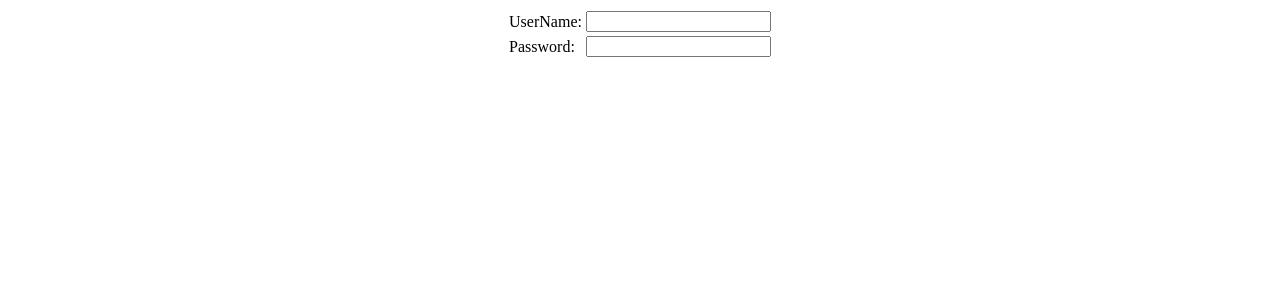
Repository: manish1905/MetaData_Details
Page: http://localhost/MetaData_Details/
These files come from the project's save history. The page is drawn as it stood at one moment and after the next save; the edit follows.
The browser window is 1280 px wide. The pictures show the whole page.
The page is served by Tomcat 9.

Above is the page before, as saved 2019-01-03 06:45:30.

After the next save:
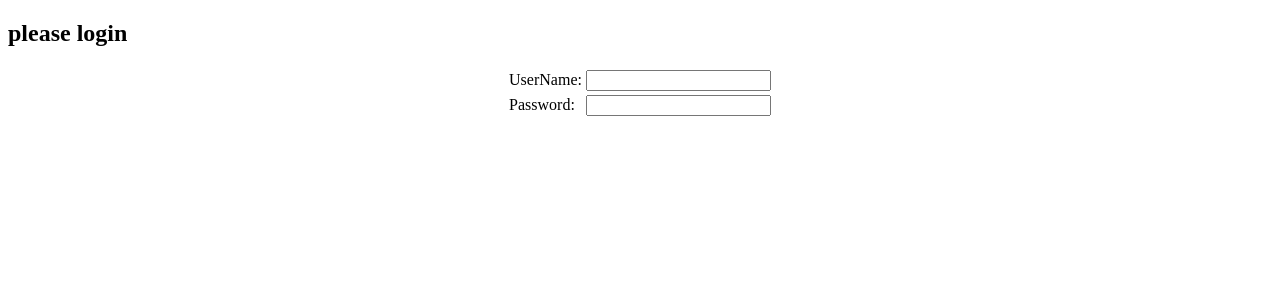
Saved 78 s later.
--- a/MetaData_Details/web/index.jsp
+++ b/MetaData_Details/web/index.jsp
@@ -15,6 +15,7 @@
 <body>
 <div>
 	<form action ="login">
+	<h2> please login</h2>
 	<table align="center">
 	<tr>
 	<td>UserName:</td>
